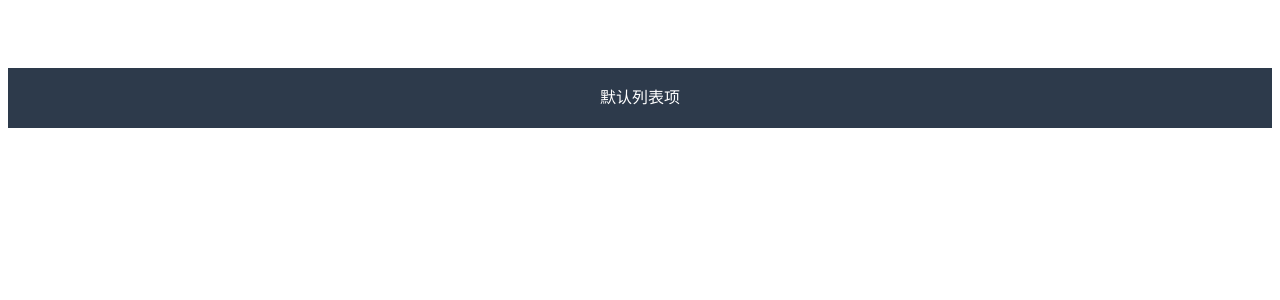
Repository: shandamengcheng/graduate-project
Page: /home
An editor plug-in stored every save of this project. The page is shown before and after the next save, followed by the edit.
The browser window is 1280 px wide. The pictures show the whole page.
The project was rebuilt for these pictures with package versions that can differ from the ones it lists, and the page was loaded fresh each time. Also part of the build but not shown: src/views/Login.vue.

Above is the page before, as saved 2021-03-10 22:23:38.

### src/App.vue
<template>
  <div id="app">
    <div id="nav">
    </div>
    <router-view/>
  </div>
</template>

<style>
#app {
  font-family: Avenir, Helvetica, Arial, sans-serif;
  -webkit-font-smoothing: antialiased;
  -moz-osx-font-smoothing: grayscale;
  text-align: center;
  color: #2c3e50;
}

#nav {
  padding: 30px;
}

#nav a {
  font-weight: bold;
  color: #2c3e50;
}

#nav a.router-link-exact-active {
  color: #42b983;
}
</style>

### src/router/index.js
import Vue from 'vue'
import VueRouter from 'vue-router'
import Home from '../views/Home.vue'
import Login from '../views/Login.vue';

Vue.use(VueRouter)

const routes = [
  {
    path: '/',
    name: 'Login',
    component: Login
  },
  {
    path: '/home',
    name: Home,
    component: Home
  }
]

const router = new VueRouter({
  mode: 'history',
  base: process.env.BASE_URL,
  routes
})

export default router

### src/views/Home.vue
<template>
  <div class="home">
    <SideBar />
  </div>
</template>

<script>
// @ is an alias to /src
import Login from "@/views/Login";
import SideBar from "@/views/SideBar";

export default {
  name: 'Home',
  components: {
    Login,
    SideBar,
  }
}
</script>

<style scoped>
  .home {
    min-height: 100%;
    width: 100%;
    background-color: #2d3a4b;
    color: white;
    overflow: hidden;
  }
</style>

### src/views/SideBar.vue
<template>
  <div class="sidebar">
    <SideBarItem />
  </div>
</template>

<script>
import SideBarItem from "@/components/SideBarItem";

export default {
  name: "SideBar",
  components: {
    SideBarItem,
  }
}
</script>

<style scoped>

</style>

### src/components/SideBarItem.vue
<template>
  <div class="sidebar-item" @click="showSearchView">
    <slot>默认列表项</slot>
  </div>
</template>

<script>
export default {
  name: "SideBarItem",
  methods: {
    showSearchView: function() {
      this.$router.push('/home/search');
    }
  }
}
</script>

<style scoped>
.sidebar-item {
  height: 60px;
  padding: 0 10px;
  line-height: 60px;
  border: none;
  outline: none;
  cursor: pointer;
  display: flex;
  justify-content: center;
}
.sidebar-item img {
  /* display: inline-block; */
  align-self: center;
  height: 50%;
  vertical-align: middle;
  width: 15%;
  /* margin-right: 5px; */
}
.sidebar-item div {
  width: 60%;
  /* display: inline-block; */
}
</style>

Loaded but not shown: public/index.html (common file); src/main.js (common file); src/store/index.js (common file)

After the next save:
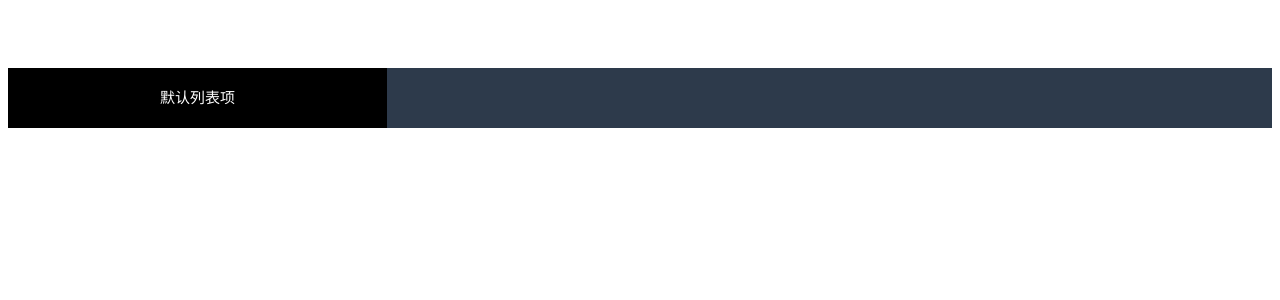
Saved 14 min 9 s later.
--- a/src/views/SideBar.vue
+++ b/src/views/SideBar.vue
@@ -16,5 +16,12 @@ export default {
 </script>
 
 <style scoped>
-
+.sidebar {
+  width: 30%;
+  min-width: 200px;
+  background: black;
+  color: white;
+  font-size: 15px;
+  text-align: center;
+}
 </style>
